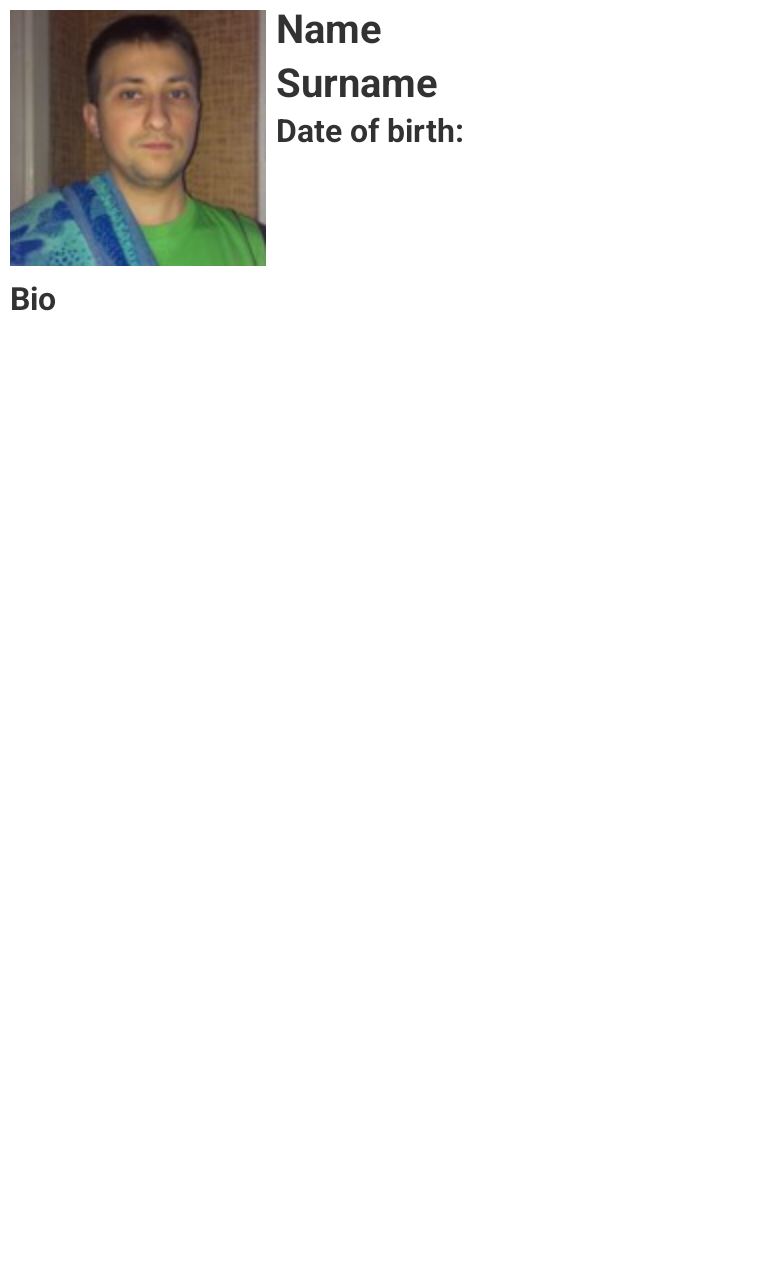
Repository: VanchT/42-test-ivtolkachev
Layout: FacebookFriends/res/layout/activity_main.xml
An editor plug-in stored every save of this project. The layout is shown before and after the next save, followed by the edit.
It is drawn on a 768 x 1280 px phone screen (xhdpi) without system bars, with theme AppTheme; the app's code is not run.

Above is the layout before, as saved 2013-01-09 08:53:25.

After the next save:
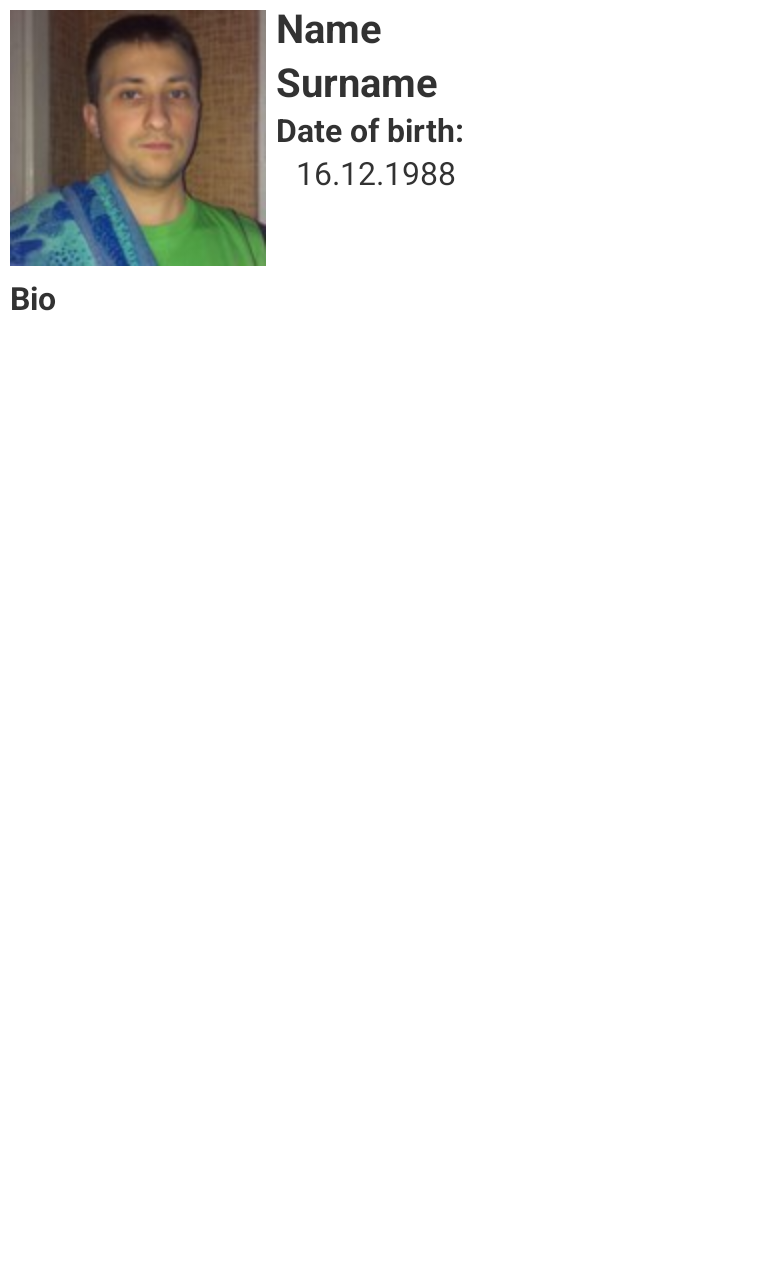
Saved 15 s later.
--- a/FacebookFriends/res/layout/activity_main.xml
+++ b/FacebookFriends/res/layout/activity_main.xml
@@ -53,6 +53,7 @@
         android:layout_below="@id/birthday_me_lable"
         android:layout_marginLeft="10dp"
         android:textSize="16sp"
+        android:text="16.12.1988"
         />
 
  <TextView
